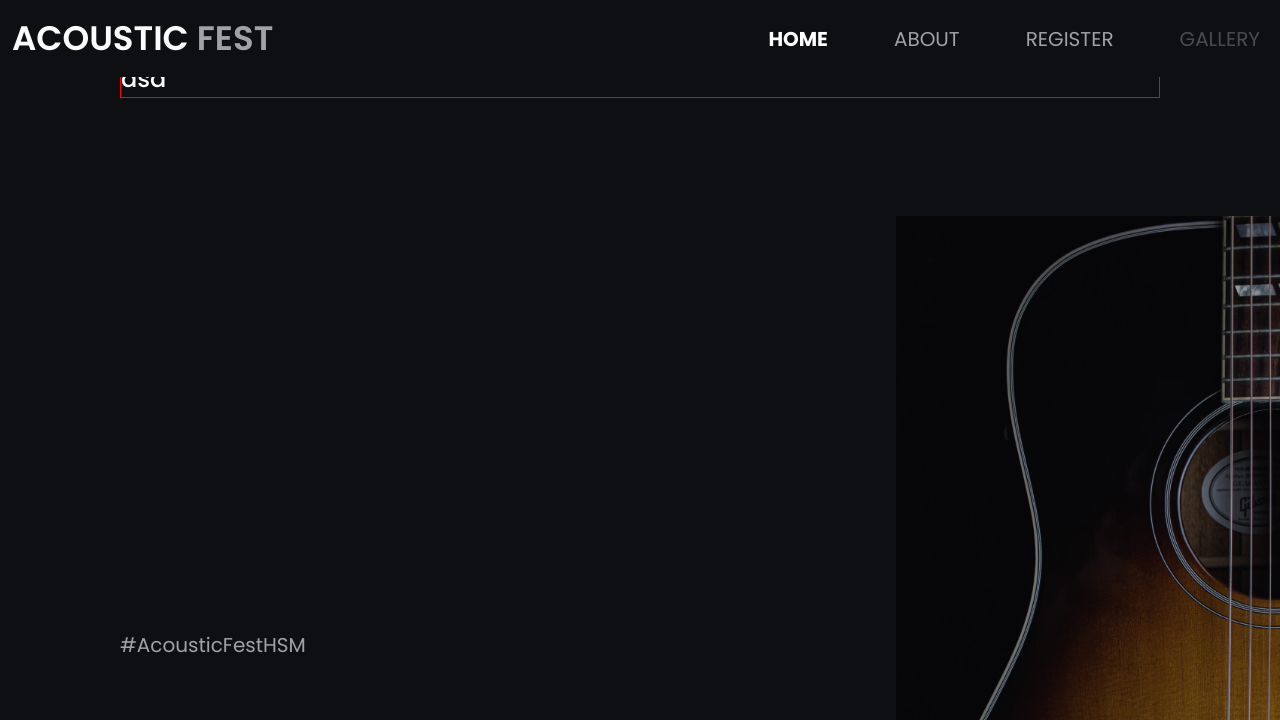
Repository: piyushiso/piyushiso.github.io
Page: event/acousticfest/index.html
These files come from the project's save history. The page is drawn as it stood at one moment and after the next save; the edit follows.
The browser window is 1280 px wide. The pictures show the whole page.
Some web fonts or font styles are not loaded; a fallback is used.

Above is the page before, as saved 2022-05-19 14:05:35.

### event/acousticfest/index.html
<html lang="en">
<head>
    <meta charset="UTF-8">
    <meta http-equiv="X-UA-Compatible" content="IE=edge">
    <meta name="viewport" content="width=device-width, initial-scale=1.0">
    <link href="https://cdn.jsdelivr.net/npm/bootstrap@5.2.0-beta1/dist/css/bootstrap.min.css" rel="stylesheet" integrity="sha384-0evHe/X+R7YkIZDRvuzKMRqM+OrBnVFBL6DOitfPri4tjfHxaWutUpFmBp4vmVor" crossorigin="anonymous">
    <link href="https://unpkg.com/aos@2.3.1/dist/aos.css" rel="stylesheet">
    <link href="styles/style.css" rel="stylesheet" type="text/css"/>
    <title>Acoustic Fest 2022</title>
</head>
<body>
    <div class="components">
        <nav class="navbar navbar-expand-lg fixed-top navbar-dark bg-dark">
            <div class="container-fluid">
              <a class="navbar-brand" href="#"><span class="primary">ACOUSTIC</span> FEST</a>
              <div class="d-flex">
                <button class="navbar-toggler" type="button" data-bs-toggle="collapse" data-bs-target="#navbarSupportedContent" aria-controls="navbarSupportedContent" aria-expanded="false" aria-label="Toggle navigation">
                    <span class="navbar-toggler-icon"></span>
                </button>
                <div class="collapse navbar-collapse" id="navbarSupportedContent">
                    <ul class="navbar-nav me-auto mb-2 mb-lg-0">
                        <li class="nav-item primary">
                            <a class="nav-link active" aria-current="page" href="#">HOME</a>
                        </li>
                        <li class="nav-item">
                            <a class="nav-link secondary" href="#">ABOUT</a>
                        </li>
                        <li class="nav-item">
                            <a class="nav-link secondary" href="#">REGISTER</a>
                        </li>
                        <li class="nav-item secondary">
                            <a class="nav-link disabled" href="#">GALLERY</a>
                        </li>
                    </ul>
                </div>
              </div>
            </div>
        </nav>

        <div class="contents">
            asa
        </div>
        <div data-aos="fade-left" data-aos-duration="1000" class="fixed-bottom hashtag">
            <span class="secondary">#AcousticFestHSM</span>
        </div>
    </div>
    <script src="https://cdn.jsdelivr.net/npm/bootstrap@5.2.0-beta1/dist/js/bootstrap.bundle.min.js" integrity="sha384-pprn3073KE6tl6bjs2QrFaJGz5/SUsLqktiwsUTF55Jfv3qYSDhgCecCxMW52nD2" crossorigin="anonymous"></script>
    <script src="https://unpkg.com/aos@2.3.1/dist/aos.js"></script>
    <script src="https://ajax.googleapis.com/ajax/libs/jquery/3.6.0/jquery.min.js"></script>
    <script src="scripts/script.js"></script>
</body>
</html>

### event/acousticfest/styles/style.css
@import url('https://fonts.googleapis.com/css2?family=Montserrat:wght@100&family=Poppins:wght@100;400;500;600;700&display=swap');
@import url('http://fonts.cdnfonts.com/css/choco-cookies');

:root {
    --bg: #0E0F13;
    --primary: #FAFCFD;
    --secondary: #A0A2A6;
    --main-font: 'Poppins', sans-serif;
    --secondary-font: 'Choco Cookies', sans-serif;
    --bold: 700;
    --semi-bold: 600;
    --medium: 500;
    --regular: 400;
    --t1: 64px;
    --t2: 60px;
    --t3: 38px;
    --t4: 34px;
    --t5: 30px;
    --t6: 24px;
    --t7: 20px;
    --gap-x: 120px;
    --gap-y: 60px;
    --gap-sub: 30px;
}

body{
    background: var(--bg);
    color: var(--primary);
    font-family: var(--main-font);
    font-weight: var(--medium);
    font-size: var(--t6);
    letter-spacing: 5% !important;
    background-image: url("../assets/images/background.png");
    background-repeat: no-repeat;
    background-attachment: fixed;
    background-position: bottom right;
    background-size: 30% 70%;
}

nav {
    background: var(--bg) !important;
    /* padding: var(--gap-y) var(--gap-x)!important; */
}

.navbar-dark, .bg-dark{
    background: var(--bg) !important;
    color: var(--primary);
}

.navbar-brand{
    font-size: var(--t4);
    color: var(--secondary);
    font-weight: var(--semi-bold);
}

.nav-item a{
    font-size: var(--t7);
    font-weight: var(--regular);
}

.active{
    font-weight: var(--bold) !important;
}

.navbar ul li{
    padding-left: 50px;
}

.primary{
    color: var(--primary);
}

.secondary{
    color: var(--secondary);
}

.components{
    padding: var(--gap-y) var(--gap-x);
}

.contents{
    /* max-height: 56%; */
    border: solid thin red;
    z-index: 3;
}

.hashtag{
    padding: inherit;
    font-size: var(--t7);
    font-weight: var(--regular);
    transition: .5s;
}

.hashtag span:hover{
    color: var(--primary);
    transition: .5s;
    cursor: pointer;
}

### event/acousticfest/scripts/script.js
AOS.init()
$('.hashtag span').click(function () {
    navigator.clipboard.writeText("#AcousticFestHSM");
})

After the next save:
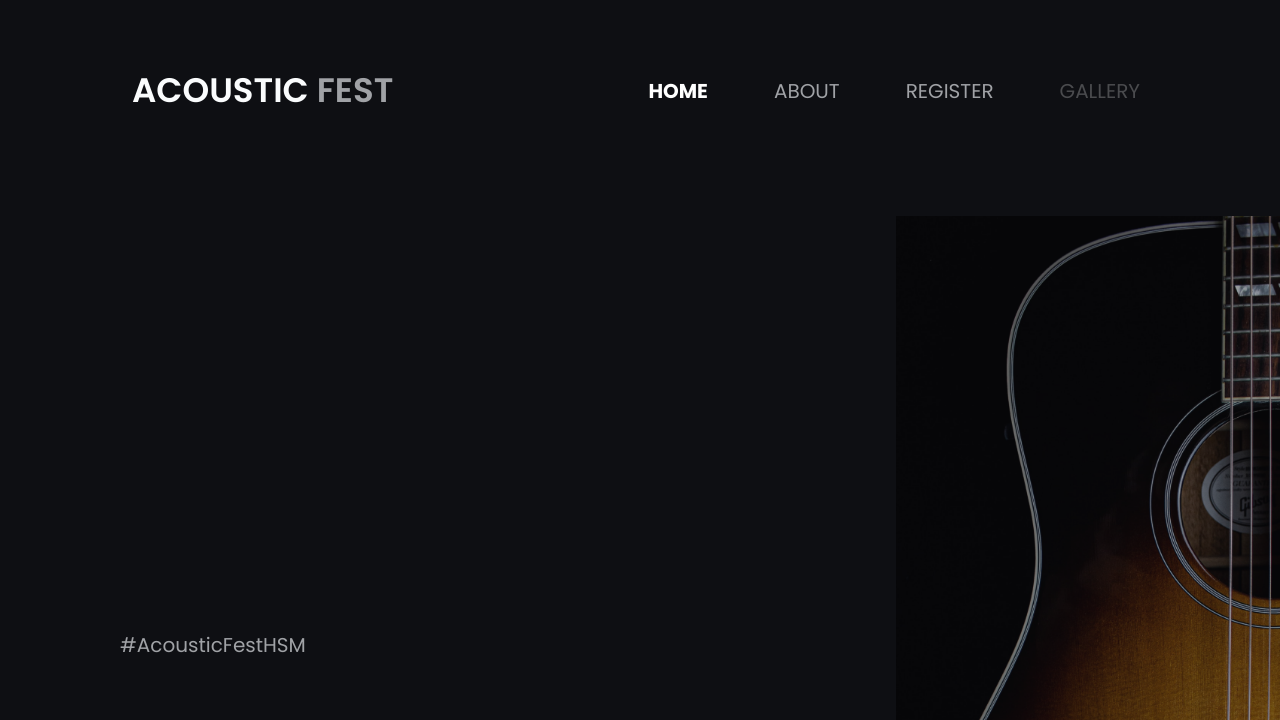
Saved 7 s later.
--- a/event/acousticfest/styles/style.css
+++ b/event/acousticfest/styles/style.css
@@ -39,7 +39,7 @@
 
 nav {
     background: var(--bg) !important;
-    /* padding: var(--gap-y) var(--gap-x)!important; */
+    padding: var(--gap-y) var(--gap-x)!important;
 }
 
 .navbar-dark, .bg-dark{

After the save that followed:
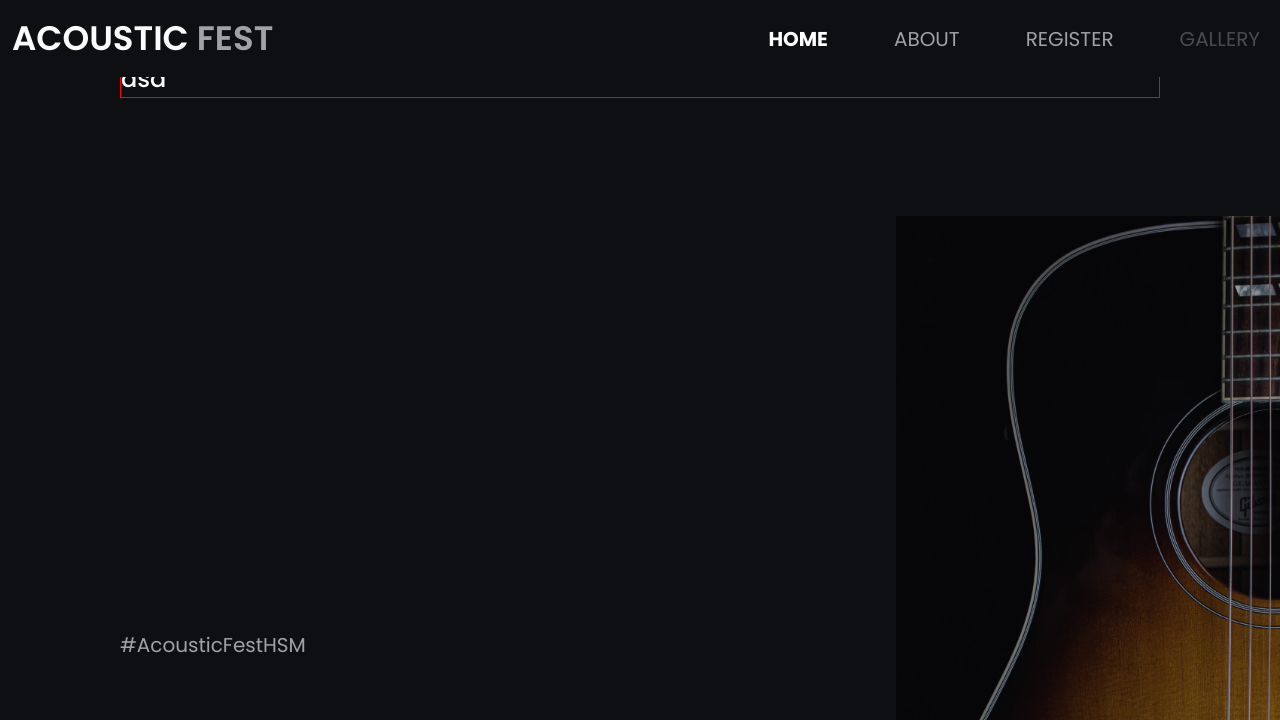
Saved 30 s later.
--- a/event/acousticfest/styles/style.css
+++ b/event/acousticfest/styles/style.css
@@ -39,7 +39,6 @@
 
 nav {
     background: var(--bg) !important;
-    padding: var(--gap-y) var(--gap-x)!important;
 }
 
 .navbar-dark, .bg-dark{
